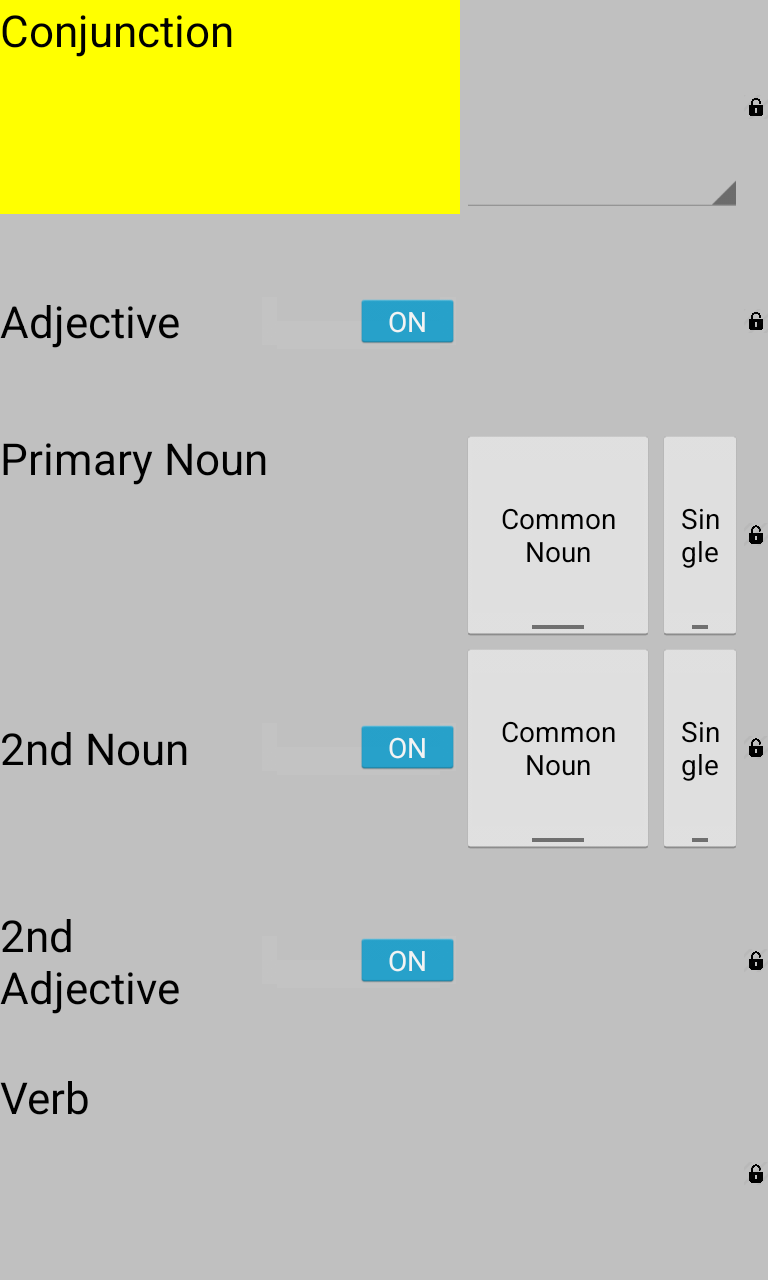
Repository: TheDizzler/TableTopTools
Layout: RPGTools/res/layout/fragment_cause_controls.xml
These files come from the project's save history. The layout is drawn as it stood at one moment and after the next save; the edit follows.
It is drawn on a 768 x 1280 px phone screen (xhdpi) without system bars, with theme AppTheme; the app's code is not run.

Above is the layout before, as saved 2017-03-26 19:20:39.

### RPGTools/res/layout/fragment_cause_controls.xml
<?xml version="1.0" encoding="utf-8"?>
<TableLayout xmlns:android="http://schemas.android.com/apk/res/android"
    android:layout_width="match_parent"
    android:layout_height="match_parent"
    android:background="#C0C0C0"
    android:measureWithLargestChild="true"
    android:orientation="vertical"
    android:weightSum="6" >

    <TableRow
        android:id="@+id/tableRow1_conjunction"
        android:layout_width="match_parent"
        android:layout_height="wrap_content"
        android:layout_weight="1"
        android:weightSum="4" >

        <TextView
            android:id="@+id/textView1"
            android:layout_width="wrap_content"
            android:layout_height="match_parent"
            android:layout_span="1"
            android:layout_weight="1"
            android:text="Conjunction"
            android:background="#FFFFFF00"
            android:textAppearance="?android:attr/textAppearanceLarge" />

        <Spinner
            android:id="@+id/spinner_Conjunctions"
            android:layout_width="wrap_content"
            android:layout_height="match_parent"
            android:layout_span="2"
            android:layout_weight="1" />

        <ImageView
            android:id="@+id/lockBtn_conj"
            android:layout_width="32dp"
            android:layout_height="match_parent"
            android:layout_span="1"
            android:layout_weight="1"
            android:src="@drawable/unlocked" />
    </TableRow>

    <TableRow
        android:id="@+id/tableRow2_primaryAdj"
        android:layout_width="match_parent"
        android:layout_height="wrap_content"
        android:layout_weight="1"
        android:weightSum="4" >

        <Switch
            android:id="@+id/switch_primaryAdjective"
            android:layout_width="wrap_content"
            android:layout_height="match_parent"
            android:layout_span="1"
            android:layout_weight="1"
            android:checked="true"
            android:text="Adjective"
            android:textAppearance="?android:attr/textAppearanceLarge" />

        <Spinner
            android:id="@+id/spacer1"
            android:layout_width="wrap_content"
            android:layout_height="match_parent"
            android:layout_span="2"
            android:layout_weight="1"
            android:visibility="invisible" />

        <ImageView
            android:id="@+id/lockBtn_primaryAdj"
            android:layout_width="32dp"
            android:layout_height="match_parent"
            android:layout_span="1"
            android:layout_weight="1"
            android:src="@drawable/unlocked" />
    </TableRow>

    <TableRow
        android:id="@+id/tableRow3_primaryNoun"
        android:layout_width="match_parent"
        android:layout_height="wrap_content"
        android:layout_weight="1"
        android:weightSum="4" >

        <TextView
            android:id="@+id/textView3"
            android:layout_width="wrap_content"
            android:layout_height="match_parent"
            android:layout_span="1"
            android:layout_weight="1"
            android:text="Primary Noun"
            android:textAppearance="?android:attr/textAppearanceLarge" />

        <ToggleButton
            android:id="@+id/toggleBtn_primaryNounProper"
            android:layout_width="wrap_content"
            android:layout_height="match_parent"
            android:layout_span="1"
            android:layout_weight="1"
            android:textOff="Common Noun"
            android:textOn="Proper Noun" />

        <ToggleButton
            android:id="@+id/toggleBtn_primaryNounPlural"
            android:layout_width="wrap_content"
            android:layout_height="match_parent"
            android:layout_span="1"
            android:layout_weight="1"
            android:textOff="Single"
            android:textOn="Plural" />

        <ImageView
            android:id="@+id/lockBtn_primaryNoun"
            android:layout_width="32dp"
            android:layout_height="match_parent"
            android:layout_span="1"
            android:layout_weight="1"
            android:src="@drawable/unlocked" />
    </TableRow>

    <TableRow
        android:id="@+id/tableRow4_secondaryNoun"
        android:layout_width="match_parent"
        android:layout_height="wrap_content"
        android:layout_weight="1"
        android:weightSum="4" >

        <Switch
            android:id="@+id/switch_secondaryNoun"
            android:layout_width="wrap_content"
            android:layout_height="match_parent"
            android:layout_span="1"
            android:layout_weight="1"
            android:checked="true"
            android:text="2nd Noun"
            android:textAppearance="?android:attr/textAppearanceLarge" />

        <ToggleButton
            android:id="@+id/toggleBtn_secondaryNounProper"
            android:layout_width="wrap_content"
            android:layout_height="match_parent"
            android:layout_span="1"
            android:layout_weight="1"
            android:textOff="Common Noun"
            android:textOn="Proper Noun" />

        <ToggleButton
            android:id="@+id/toggleBtn_secondaryNounPlural"
            android:layout_width="wrap_content"
            android:layout_height="match_parent"
            android:layout_span="1"
            android:layout_weight="1"
            android:textOff="Single"
            android:textOn="Plural" />

        <ImageView
            android:id="@+id/lockBtn_secondaryNoun"
            android:layout_width="32dp"
            android:layout_height="match_parent"
            android:layout_span="1"
            android:layout_weight="1"
            android:src="@drawable/unlocked" />
    </TableRow>

    <TableRow
        android:id="@+id/tableRow5_secondaryAdj"
        android:layout_width="match_parent"
        android:layout_height="wrap_content"
        android:layout_weight="1"
        android:weightSum="4" >

        <Switch
            android:id="@+id/switch_secondaryAdjective"
            android:layout_width="wrap_content"
            android:layout_height="match_parent"
            android:layout_span="1"
            android:layout_weight="1"
            android:checked="true"
            android:text="2nd Adjective"
            android:textAppearance="?android:attr/textAppearanceLarge" />

        <Spinner
            android:id="@+id/spacer2"
            android:layout_width="wrap_content"
            android:layout_height="match_parent"
            android:layout_span="2"
            android:layout_weight="1"
            android:visibility="invisible" />

        <ImageView
            android:id="@+id/lockBtn_secondaryAdjective"
            android:layout_width="32dp"
            android:layout_height="match_parent"
            android:layout_span="1"
            android:layout_weight="1"
            android:src="@drawable/unlocked" />
    </TableRow>

    <TableRow
        android:id="@+id/tableRow6_causeVerb"
        android:layout_width="match_parent"
        android:layout_height="wrap_content"
        android:layout_weight="1"
        android:weightSum="4" >

        <TextView
            android:id="@+id/textView_causeVerb"
            android:layout_width="wrap_content"
            android:layout_height="match_parent"
            android:layout_span="1"
            android:layout_weight="1"
            android:text="Verb"
            android:textAppearance="?android:attr/textAppearanceLarge" />

        <Spinner
            android:id="@+id/spacer3"
            android:layout_width="wrap_content"
            android:layout_height="match_parent"
            android:layout_span="2"
            android:layout_weight="1"
            android:visibility="invisible" />

        <ImageView
            android:id="@+id/lockBtn_causeVerb"
            android:layout_width="32dp"
            android:layout_height="match_parent"
            android:layout_span="1"
            android:layout_weight="1"
            android:src="@drawable/unlocked" />
    </TableRow>

</TableLayout>

Loaded but not shown: RPGTools/res/values/styles.xml (common file); RPGTools/res/values-v11/styles.xml (common file); RPGTools/res/values-v14/styles.xml (common file)

After the next save:
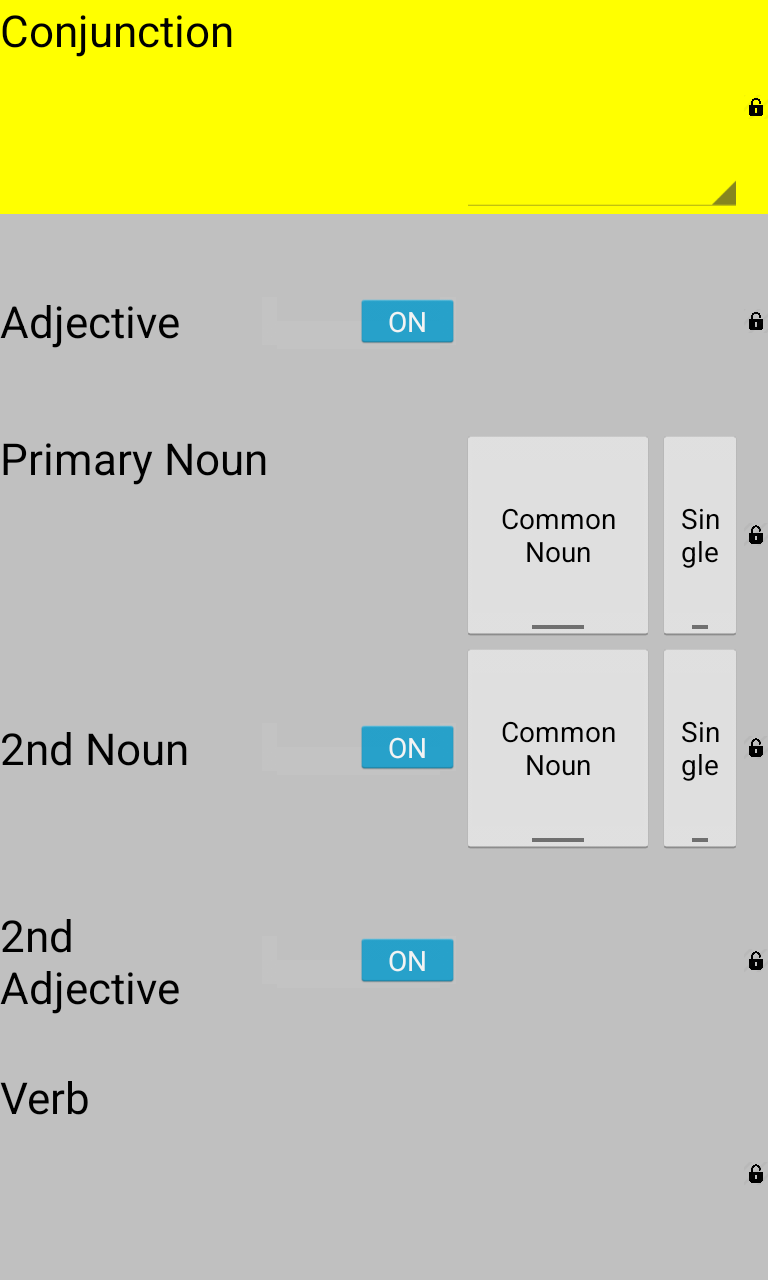
Saved 30 s later.
--- a/RPGTools/res/layout/fragment_cause_controls.xml
+++ b/RPGTools/res/layout/fragment_cause_controls.xml
@@ -12,6 +12,7 @@
         android:layout_width="match_parent"
         android:layout_height="wrap_content"
         android:layout_weight="1"
+        android:background="#FFFFFF00"
         android:weightSum="4" >
 
         <TextView
@@ -21,7 +22,7 @@
             android:layout_span="1"
             android:layout_weight="1"
             android:text="Conjunction"
-            android:background="#FFFFFF00"
+
             android:textAppearance="?android:attr/textAppearanceLarge" />
 
         <Spinner
